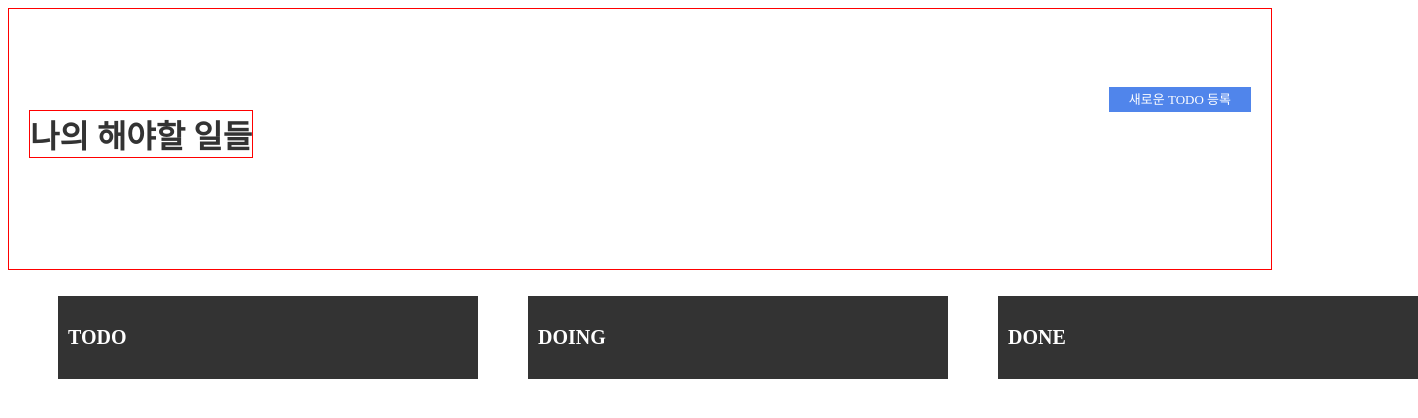
Repository: estellechoi/jsp-project-todo
Page: http://localhost/todo/MainServlet
These files come from the project's save history. The page is drawn as it stood at one moment and after the next save; the edit follows.
The browser window is 1280 px wide. The page is 1418 px wide, so the pictures cover 1418 px, including what lies to the right of the window. The pictures show the whole page.
The page is served by Tomcat 9. Queries for data that is not in the repository find no rows.

Above is the page before, as saved 2019-12-08 07:49:24.

After the next save:
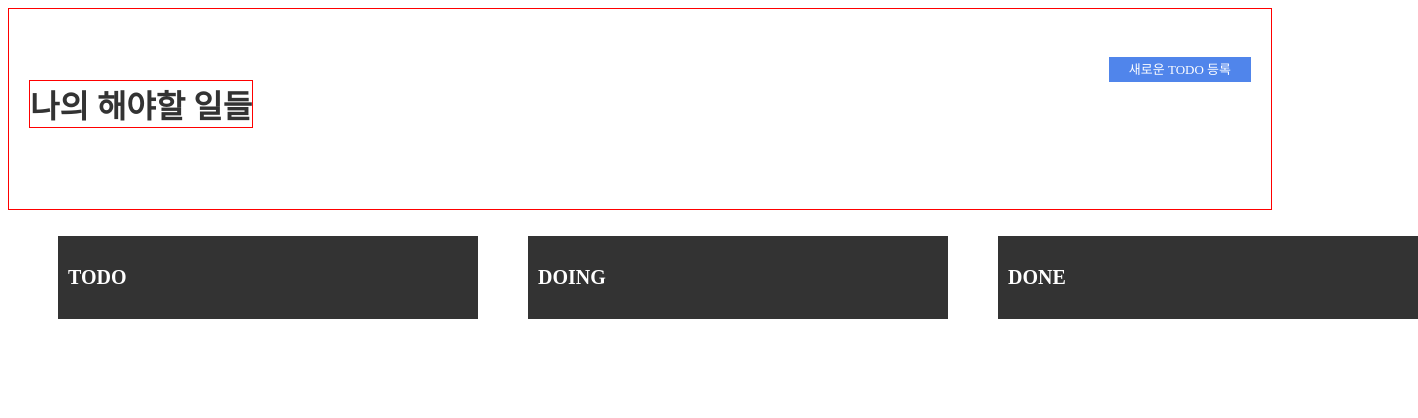
Saved 11 s later.
--- a/todo/src/main/webapp/jsp/main.jsp
+++ b/todo/src/main/webapp/jsp/main.jsp
@@ -25,7 +25,7 @@
 
 	header {
  		height: 100px;
- 		padding: 80px 20px;
+ 		padding: 50px 20px;
 		border: 1px solid red;
 	}
 
